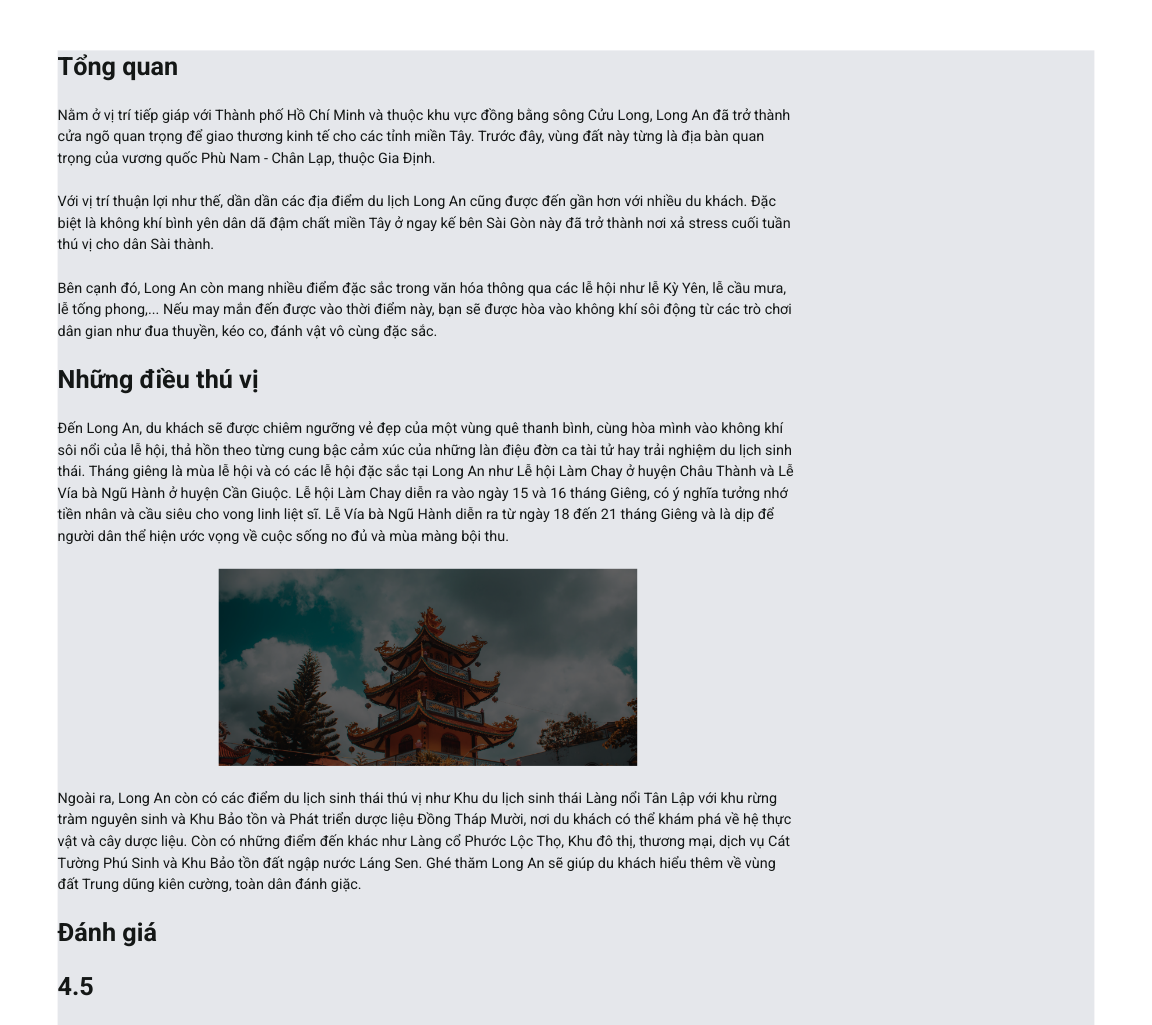
Repository: thduy2003/WDA-ET
Page: / (app in frontend/)
These files come from the project's save history. The page is drawn as it stood at one moment and after the next save; the edit follows.
The browser window is 1280 px wide. The pictures show the whole page, at 90% of full size.
The project was rebuilt for these pictures with package versions that can differ from the ones it lists, and the page was loaded fresh each time. Also part of the build but not shown: frontend/vite.config.js, frontend/src/components/Icons/SaveIcon.jsx, frontend/src/components/Card/index.jsx, frontend/src/components/Carousel/index.jsx, frontend/src/components/Logo/index.jsx, frontend/src/components/Button/index.jsx, frontend/src/pages/Auth/index.jsx, frontend/src/components/InputGroup/index.jsx and 1 more.

Above is the page before, as saved 2023-05-23 11:22:33.

After the next save:
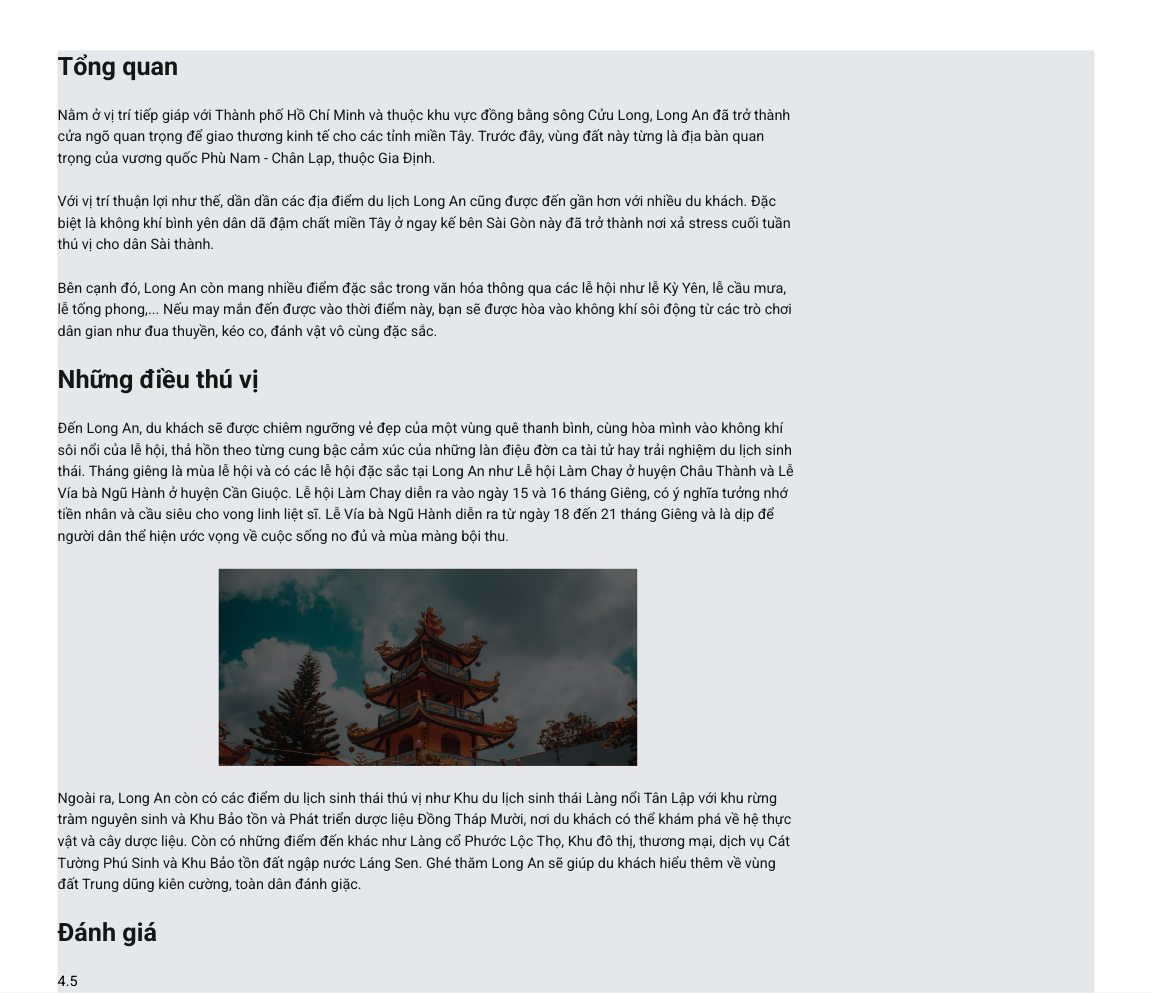
Saved 8 s later.
--- a/frontend/src/pages/Detail/StarRating/StarRating.jsx
+++ b/frontend/src/pages/Detail/StarRating/StarRating.jsx
@@ -3,7 +3,7 @@ import React from 'react';
 const StarRating = () => {
     return (
         <div>
-           <div className="text-[28px] leading-[36px] text-[#141716] font-semibold mb-6"> 4.5</div>
+           <div> <p></p> 4.5</div>
         </div>
     );
 };
